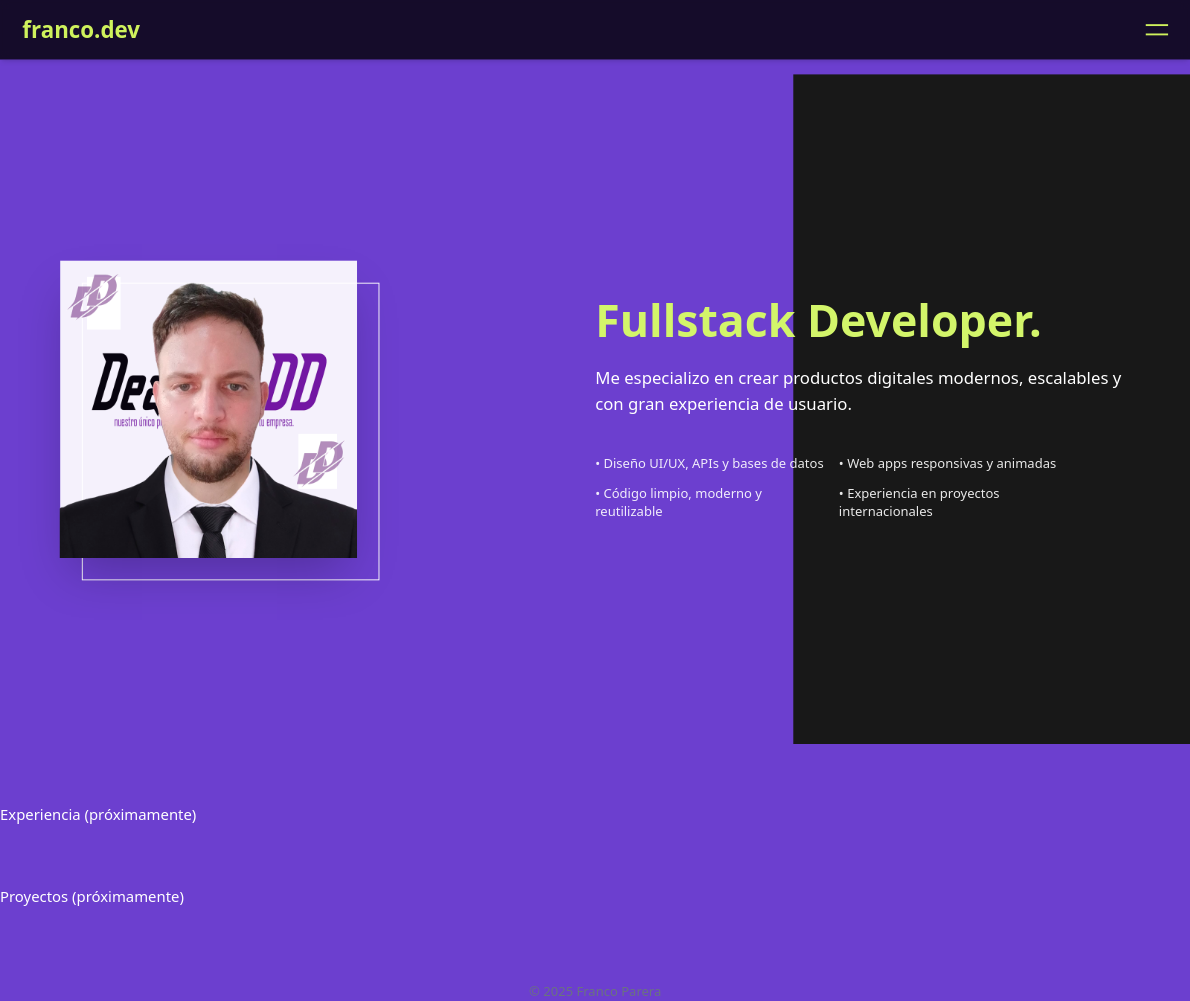
Repository: francoluca35/portfolio-franco-dev
Page: /
The author's editor kept a copy of each file at every save. The page is drawn from the files as they stood at one save, then again after the next save.
The browser window is 1280 px wide. The pictures show the whole page, at 93% of full size.
The project was rebuilt for these pictures with package versions that can differ from the ones it lists, and the page was loaded fresh each time. The framework's server and built-in components were replaced by stand-ins that run in the browser. Also part of the build but not shown: next.config.js.

Above is the page before, as saved 2025-05-06 01:26:24.

After the next save:
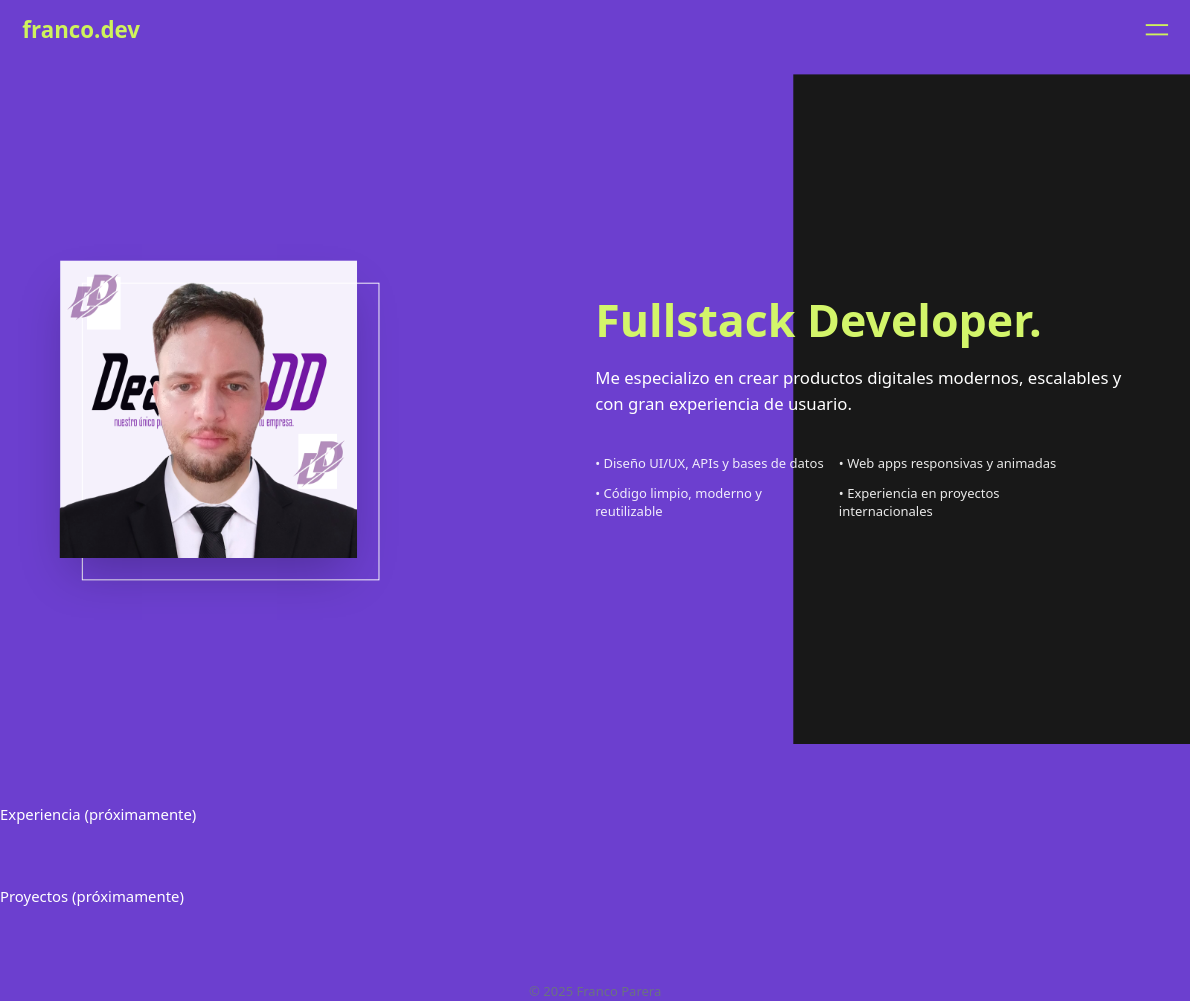
Saved 70 s later.
--- a/components/Nav.jsx
+++ b/components/Nav.jsx
@@ -1,16 +1,29 @@
 "use client";
 
-import { useState } from "react";
+import { useState, useEffect } from "react";
 import Link from "next/link";
 import { motion, AnimatePresence } from "framer-motion";
 
 export default function Nav() {
   const [isOpen, setIsOpen] = useState(false);
+  const [scrolled, setScrolled] = useState(false);
+
+  useEffect(() => {
+    const handleScroll = () => {
+      setScrolled(window.scrollY > 10);
+    };
+    window.addEventListener("scroll", handleScroll);
+    return () => window.removeEventListener("scroll", handleScroll);
+  }, []);
 
   return (
     <>
-      {/* Top navbar */}
-      <nav className="fixed w-full px-6 py-4 flex justify-between items-center z-50 bg-black/80 backdrop-blur-sm text-white shadow-md">
+      {/* Navbar superior */}
+      <nav
+        className={`fixed w-full px-6 py-4 flex justify-between items-center z-50 transition-colors duration-300 ${
+          scrolled ? "bg-[#2B00AA]/90 shadow-lg" : "bg-transparent"
+        }`}
+      >
         <h1 className="text-2xl font-bold text-[#CFF25C]">franco.dev</h1>
 
         <button onClick={() => setIsOpen(true)} className="space-y-2">
@@ -19,14 +32,14 @@ export default function Nav() {
         </button>
       </nav>
 
-      {/* Fullscreen menu */}
+      {/* Menú fullscreen */}
       <AnimatePresence>
         {isOpen && (
           <motion.div
             initial={{ opacity: 0 }}
             animate={{ opacity: 1 }}
             exit={{ opacity: 0 }}
-            className="fixed inset-0 bg-[#E60000] text-white flex flex-col items-center justify-center text-5xl font-extrabold z-50"
+            className="fixed inset-0 bg-[#6C3FCF] text-white flex flex-col items-center justify-center text-5xl font-extrabold z-50"
           >
             <button
               onClick={() => setIsOpen(false)}
@@ -38,7 +51,7 @@ export default function Nav() {
             <ul className="space-y-8 text-center">
               <li>
                 <Link href="#inicio" onClick={() => setIsOpen(false)}>
-                  HOME
+                  INICIO
                 </Link>
               </li>
               <li>
